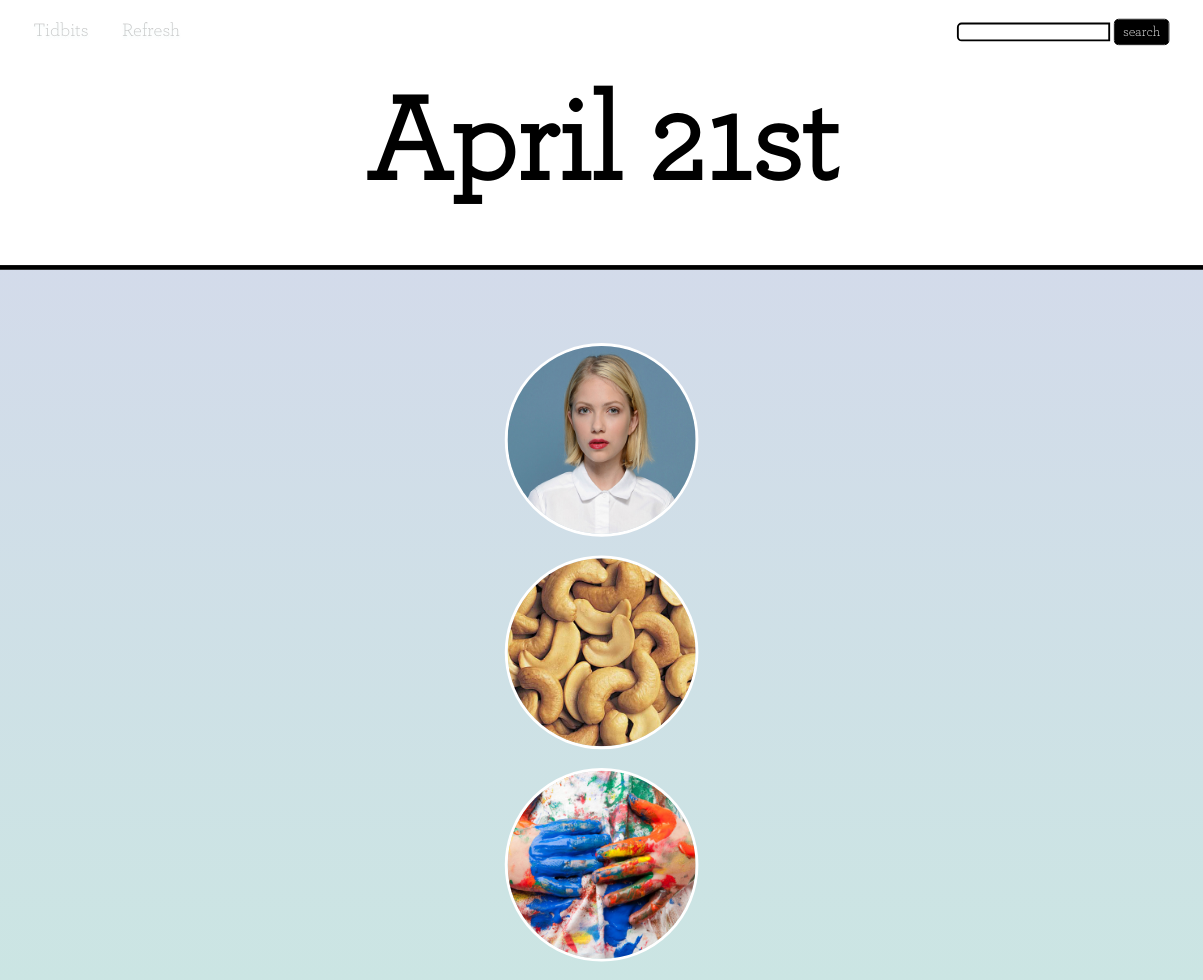
Repository: kklasmei/kklasmei.github.io
Page: tidbits/april21.html
The author's editor kept a record of every edit. The page is drawn from the files as they stood at one moment, then again after the next edit.
The browser window is 1280 px wide. The pictures show the whole page, at 94% of full size.

Above is the page before.

### tidbits/april21.html
<html>
    <head>
        <title>April 21</title>
        <link rel="stylesheet" href="tidbits.css">
        <link rel="stylesheet" href="jstyle.css"/>
  <meta charset="utf-8">
    </head>
    <body>
     <div id= "top">
         <div id="search">
		<form id="searchbody" method="get" action="home.html">
		        <input type="text" class="bar" maxlength="70">
		        <input type="submit" value="search" class="button">
		</form>
		    	<p1><a href="home.html">Tidbits</a></p1>
		    	<p1><a href="april21.html">Refresh</a></p1>

	<div class="tfclear"></div>
	</div>
        <h1> April 21st </h1>
        <br>
        <br>
        <br>
        <hr>
        </div>
    	<br>

        <div class="imgs">
        </div>

    <div id= "tavitext">
        <p1>happy birthday</p1>
    </div>

    <script src="jquery.js"></script>
    <script src="script.js"></script>
    </body>
</html>

### tidbits/tidbits.css
@font-face {
  font-family: 'Archer-Light';
  src: url('Archer-Light/Archer-Light.eot?#iefix') format('embedded-opentype'),  url('Archer-Light/Archer-Light.otf')  format('opentype'),
	     url('Archer-Light/Archer-Light.woff') format('woff'), url('Archer-Light/Archer-Light.ttf')  format('truetype'), url('Archer-Light/Archer-Light.svg#Archer-Light') format('svg');
  font-weight: normal;
  font-style: normal;
}

h1 {
    text-align: center;
    font-size: 130px;
    padding-top: 10;
    margin-bottom: -10;
    margin-top: 0;
    font-family: 'Archer-Light';
    color: #000;
    cursor: default;
}

h2 {
    text-align: center;
    font-size: 14;
    font-family: 'Archer-Light';
    padding-bottom: 8;
    padding-top: -40;
    margin: 0;
    cursor: default;
}

body {
    margin: 0;
    padding: 0;
 background-image: no-repeat -webkit-gradient(linear, 0 0, 0 100%, from(#d6d7ed), to(#cbe5e3)) fixed center;
 background-image: -webkit-linear-gradient(#d6d7ed, #cbe5e3) fixed center;
 background-image: linear-gradient(#d6d7ed, #cbe5e3);
    background-repeat: no-repeat, no-repeat, no-repeat;
    background-position: center;
}


hr {
    margin-bottom: 40;
    width: 100%;
    color: #000;
    display: block;
    height: 5px;
    background-color: black;
    border: none;
}

#submit {
    text-align: center;
    border-radius: 8px;
}


.month, .day {
    display: inline;
}

.date {
    text-align: center;
}

#searchbody {
	float: right;
	padding-right: 2%;
	padding-top: 20px;
	margin-right: 10px;
}

option {
    font-size: 30px;
}

.bar {
		margin: 0;
		padding: 1px 10px;
		font-family: 'Archer-Light';
		font-size: 12px;
		border: 2px solid #000;
		border-right: -7px;
		border-top-left-radius: 5px 5px;
		border-bottom-left-radius: 5px 5px;
		background-color: transparent;
}

.bar:focus {
    outline: none;
}

.button {
		margin: 0;
		font-family: 'Archer-Light';
		cursor: pointer;
		text-align: center;
		outline: none;
		color: #fff;
		border: solid 1px #000;
		background: #99c7c8;
		background: -webkit-gradient(linear, left top, left bottom, from(#000), to(#000));
		background: -moz-linear-gradient(top,  #cbe5e3,  #cbe5e3);
		border-top-right-radius: 5px 5px;
		border-bottom-right-radius: 5px 5px;
		border-top-left-radius: 5px 5px;
		border-bottom-left-radius: 5px 5px;
	}

input[value="view gallery"] {
    font-size: 20px;
	padding: 8px 12px;

}

input[value="search"] {
    font-size: 15px;
    padding: 4px 9px;
}

	.tfbutton:hover {
		text-decoration: none;
		background: #99c7c8;
		background: -webkit-gradient(linear, left top, left bottom, from(#99c7c8), to(#99c7c8));
		background: -moz-linear-gradient(top,  #99c7c8,  #99c7c8);
	}
	/* Fixes submit button height problem in Firefox */
	.tfbutton::-moz-focus-inner {
	  border: 0;
	}
	.tfclear{
		clear:both;
	}

p1 {
    font-family: 'Archer-Light';
    float: left;
    font-size: 20;
    padding-top: 20px;
    margin-left: 10px;
    padding-left: 2%;
    opacity: .6;
    background-color: #565656;
    color: transparent;
    text-shadow: 0px 2px 3px rgba(167,219,219,.5);
  -webkit-background-clip: text;
     -moz-background-clip: text;
          background-clip: text;
}

p1, #searchbody {
    display: inline;
}

.imgs {
     display: block;
     margin-left: auto;
     margin-right: auto;
}

.month select {
  background: #fff;
  width: 275px;
  height: 60px;
  font-family: 'Archer-Light';
  padding-left: 15px;
  font-size: 40px;
	border: 2px solid #000;   border-radius: 10;
  -webkit-appearance: none;
  color: #000;
  cursor: pointer;
}

.month {
  width: 140px;
  height: 64px;
  overflow: hidden;
  /*background: url("imgs/triangle.png") no-repeat right #fff;*/
  border: 0px solid #000;
  border-radius: 4px;
  cursor: pointer;
  padding-right: 10;
}

.day select {
  background: #fff;
  width: 95px;
  height: 60px;
  font-family: 'Archer-Light';
  padding-left: 15px;
  font-size: 40px;
	border: 2px solid #000;   border-radius: 10;
  -webkit-appearance: none;
  color: #000;
  cursor: pointer;
}

.day {
  width: 140px;
  height: 64px;
  overflow: hidden;
  background: url("imgs/triangle.png") no-repeat right #fff;
  border: 0px solid #000;
  border-radius: 4px;
}

a:link {
    opacity: .6;
    background-color: #565656;
    color: transparent;
    text-decoration: none;
    text-shadow: 0px 2px 3px rgba(167,219,219,.5);
  -webkit-background-clip: text;
     -moz-background-clip: text;
    background-clip: text;
}

a:visited {
    opacity: .6;
    background-color: #565656;
    color: transparent;
    text-decoration: none;
    text-shadow: 0px 2px 3px rgba(167,219,219,.5);
  -webkit-background-clip: text;
     -moz-background-clip: text;
    background-clip: text;
}

a:hover {
    opacity: .6;
    background-color: #99c7c8;
    color: transparent;
    text-decoration: none;
    text-shadow: 0px 2px 3px rgba(167,219,219,.5);
  -webkit-background-clip: text;
     -moz-background-clip: text;
    background-clip: text;
}

a:active {
    opacity: .6;
    background-color: #565656;
    color: transparent;
    text-decoration: none;
    text-shadow: 0px 2px 3px rgba(167,219,219,.5);
  -webkit-background-clip: text;
     -moz-background-clip: text;
    background-clip: text;
}

#top {
    background-color: #fff;
}


#tavi {
  border-radius: 50%;
  border-color: #fff;
  border-style: solid;
  margin: 20px;
  display: block;
    margin-left: auto;
    margin-right: auto;
}


#library {
  border-radius: 50%;
  border-color: #fff;
  border-style: solid;
  margin: 20px;
  display: block;
    margin-left: auto;
    margin-right: auto;
}

#worldsfair {
  border-radius: 50%;
  border-color: #fff;
  border-style: solid;
  margin: 20px;
  display: block;
    margin-left: auto;
    margin-right: auto;
}

#kinder{
  border-radius: 50%;
  border-color: #fff;
  border-style: solid;
  margin: 20px;
  display: block;
    margin-left: auto;
    margin-right: auto;
}

#cashews {
  border-radius: 50%;
  border-color: #fff;
  border-style: solid;
  margin: 20px;
  display: block;
    margin-left: auto;
    margin-right: auto;
}

#rome {
  border-radius: 50%;
  border-color: #fff;
  border-style: solid;
  margin: 20px;
  display: block;
    margin-left: auto;
    margin-right: auto;
}

#textcontent {
    display: table-cell;
    opacity: 0;
}

#textcontent:hover {
    opacity: 1;
}

.myArray {
    display: block;
    margin-left: auto;
    margin-right: auto;
}

### tidbits/jstyle.css
.hidden {
    display: none !important;
    visibility: hidden;
}

### tidbits/script.js
/*var clicked = false;


$ ( "#toggle" ).click(function() {
if (clicked == false) {
    $( "#status" ).html( "GO" );
    $( "#status" ).css({"background-color" : "lime"});
    $( "#toggle").html("Stop");
    $( "#status" ).mousemove(function() {
        $( "#cat" ).show () });
    clicked = true
} else {
    $( "#status" ).html( "STOP" );
    $( "#status" ).css({"background-color" : "red"});
    $( "#toggle").html("Start");
    $( "#status" ).html(function() {
        $( "#cat").remove () });
    clicked  = false
}

});

*/

var myArray = ['<img id="tavi" src="imgs/tavi.jpg" data-alt-src="himgs/tavi.jpg" class="tavi" height="200" width="200">', '<img id="worldsfair" src="imgs/worldsfair.jpg" data-alt-src="himgs/worldsfair.jpg" class="worldsfair" height="200" width="200">', '<img id="library" src="imgs/library.jpg" data-alt-src="himgs/library.jpg" class="library" height="200" width="200">', '<img id="kinder" src="imgs/kinder.jpg" data-alt-src="himgs/kinder.jpg" class="kinder" height="200" width="200">', '<img id="cashews" src="imgs/cashews.jpg" data-alt-src="himgs/cashews.jpg" class="cashews" height="200" width="200">'];

for (var i=0; i < 3; i++) {

    var imgtoappend = Math.floor(Math.random() * myArray.length);
    console.log("imgtoappend = " + imgtoappend);
    console.log("APPEND THIS IMAGE: " + myArray[imgtoappend]);
    $(".imgs").append(myArray[imgtoappend]);
        console.log(myArray);
    myArray.splice(imgtoappend, 1);
        console.log(myArray);
}

$( "#tavitext" ) .remove ();


var sourceSwap = function () {
    var $this = $(this);
    var newSource = $this.data('alt-src');
    $this.data('alt-src', $this.attr('src'));
    $this.attr('src', newSource);
}

$(function () {
    $('img.cashews').hover(sourceSwap, sourceSwap);
});

$(function () {
    $('img.tavi').hover(sourceSwap, sourceSwap);
});

$(function () {
    $('img.kinder').hover(sourceSwap, sourceSwap);
});

$(function () {
    $('img.library').hover(sourceSwap, sourceSwap);
});

$(function () {
    $('img.worldsfair').hover(sourceSwap, sourceSwap);
});

Loaded but not shown: tidbits/jquery.js (library)

After the next edit:
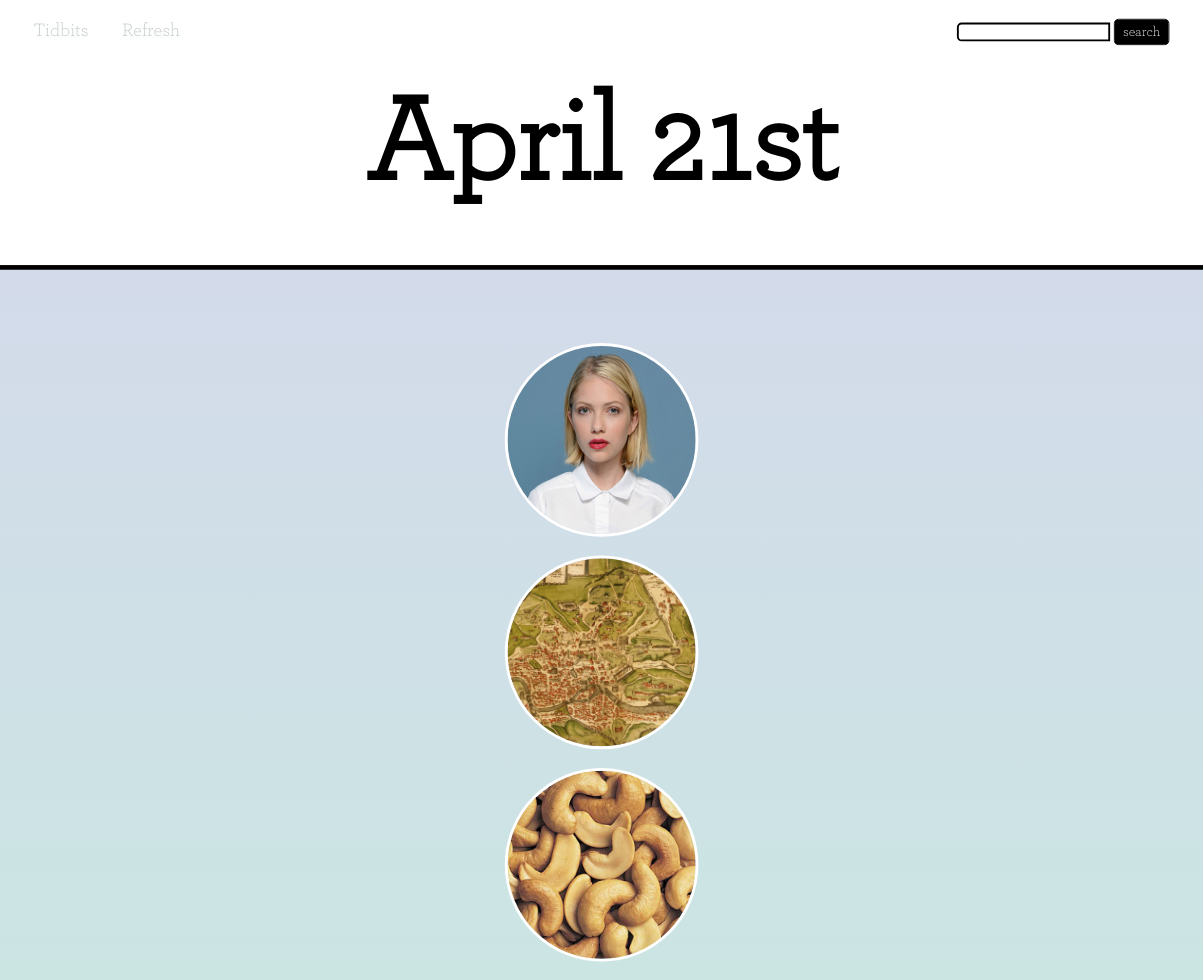
The edit:
--- a/tidbits/script.js
+++ b/tidbits/script.js
@@ -22,7 +22,7 @@
 
 */
 
-var myArray = ['<img id="tavi" src="imgs/tavi.jpg" data-alt-src="himgs/tavi.jpg" class="tavi" height="200" width="200">', '<img id="worldsfair" src="imgs/worldsfair.jpg" data-alt-src="himgs/worldsfair.jpg" class="worldsfair" height="200" width="200">', '<img id="library" src="imgs/library.jpg" data-alt-src="himgs/library.jpg" class="library" height="200" width="200">', '<img id="kinder" src="imgs/kinder.jpg" data-alt-src="himgs/kinder.jpg" class="kinder" height="200" width="200">', '<img id="cashews" src="imgs/cashews.jpg" data-alt-src="himgs/cashews.jpg" class="cashews" height="200" width="200">'];
+var myArray = ['<img id="tavi" src="imgs/tavi.jpg" data-alt-src="himgs/tavi.jpg" class="tavi" height="200" width="200">', '<img id="worldsfair" src="imgs/worldsfair.jpg" data-alt-src="himgs/worldsfair.jpg" class="worldsfair" height="200" width="200">', '<img id="library" src="imgs/library.jpg" data-alt-src="himgs/library.jpg" class="library" height="200" width="200">', '<img id="kinder" src="imgs/kinder.jpg" data-alt-src="himgs/kinder.jpg" class="kinder" height="200" width="200">', '<img id="cashews" src="imgs/cashews.jpg" data-alt-src="himgs/cashews.jpg" class="cashews" height="200" width="200">', '<img id="rome" src="imgs/rome.jpg" data-alt-src="himgs/rome.jpg" class="rome" height="200" width="200">'];
 
 for (var i=0; i < 3; i++) {
 
